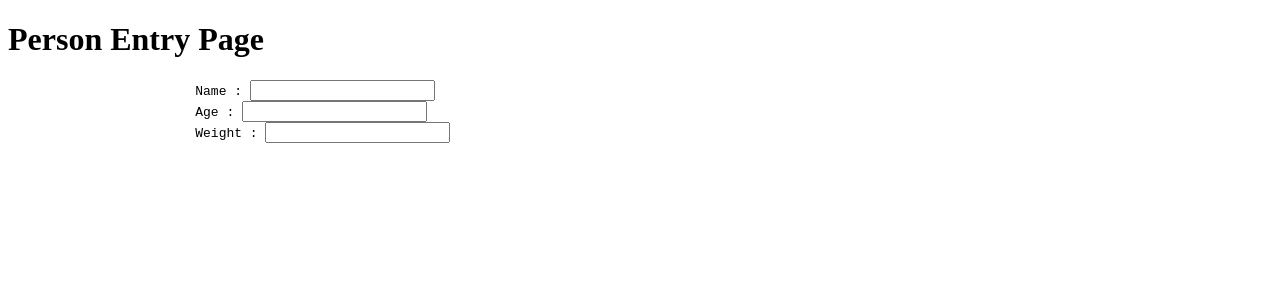
Repository: ShrikantSarode/AdvanceJava
Page: http://localhost/Web_Project/person_entry.jsp
These files come from the project's save history. The page is drawn as it stood at one moment and after the next save; the edit follows.
The browser window is 1280 px wide. The pictures show the whole page.
The page is served by Tomcat 10. Other server files are loaded and not shown.

Above is the page before, as saved 2024-11-29 10:24:07.

### AJ backup/Web Based Java/Workspace/Web_Project/src/main/webapp/person_entry.jsp
<%@ page language="java" contentType="text/html; charset=UTF-8"
    pageEncoding="UTF-8"%>
<!DOCTYPE html>
<html>
<body>
	<h1>Person Entry Page</h1>
	<form action="">
		<pre>
			Name : <input type="text" name="name">
			Age : <input type="text" name="age">
			Weight : <input type="text" name="weight">
		</pre>
	</form>
</body>
</html>

After the next save:
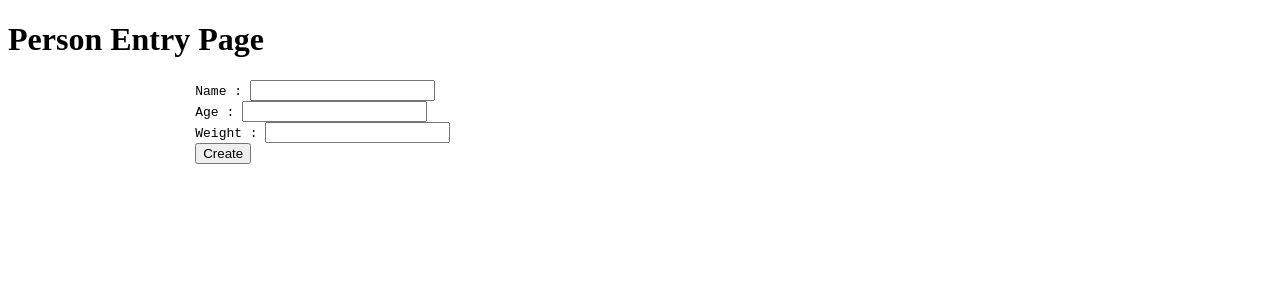
Saved 16 s later.
--- a/AJ backup/Web Based Java/Workspace/Web_Project/src/main/webapp/person_entry.jsp
+++ b/AJ backup/Web Based Java/Workspace/Web_Project/src/main/webapp/person_entry.jsp
@@ -9,6 +9,7 @@
 			Name : <input type="text" name="name">
 			Age : <input type="text" name="age">
 			Weight : <input type="text" name="weight">
+			<input type="submit" value="Create">
 		</pre>
 	</form>
 </body>
